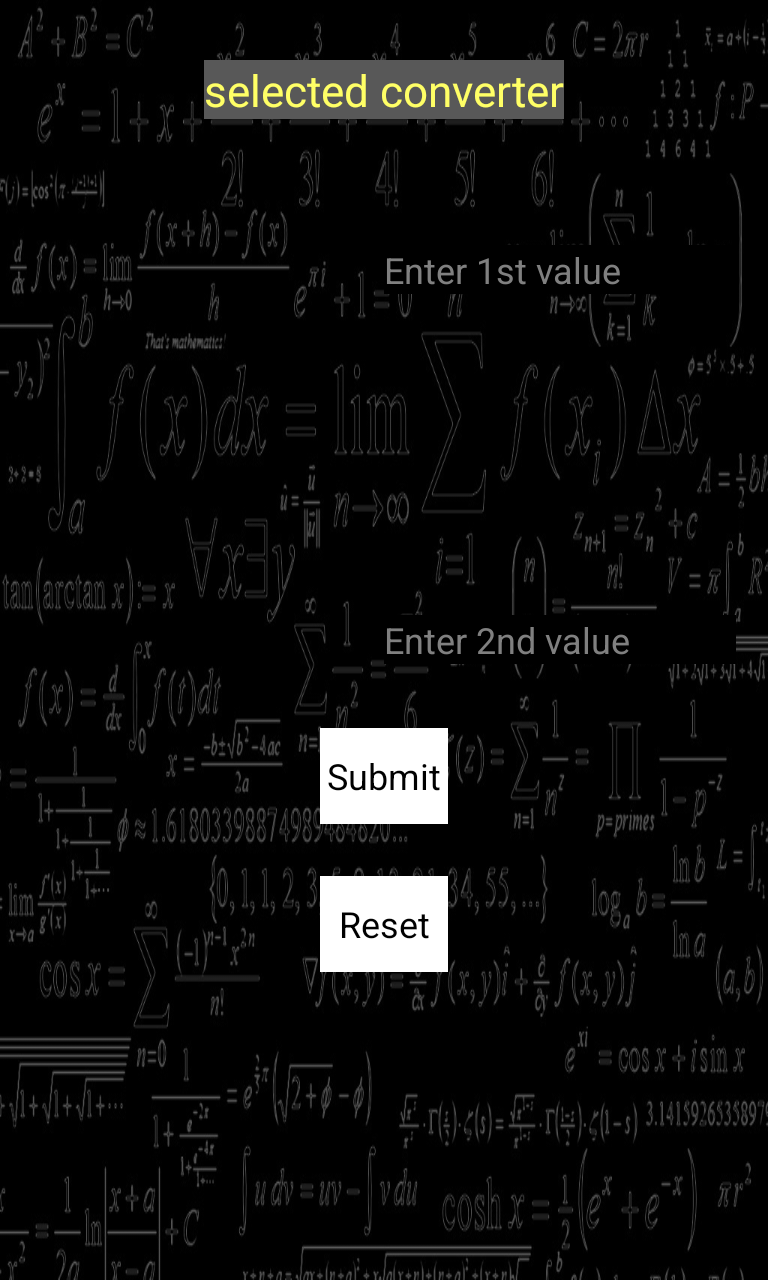
Repository: priyankaaj/practiced-apps
Layout: newProject/res/layout/activity_main.xml
An editor plug-in stored every save of this project. The layout is shown before and after the next save, followed by the edit.
It is drawn on a 768 x 1280 px phone screen (xhdpi) without system bars, with theme AppTheme; the app's code is not run.

Above is the layout before, as saved 2015-09-25 15:44:09.

### newProject/res/layout/activity_main.xml
<RelativeLayout xmlns:android="http://schemas.android.com/apk/res/android"
    xmlns:tools="http://schemas.android.com/tools"
    android:layout_width="match_parent"
    android:layout_height="match_parent"
    android:background="@drawable/maths_wallpaper"
    android:paddingBottom="@dimen/activity_vertical_margin"
    android:paddingLeft="@dimen/activity_horizontal_margin"
    android:paddingRight="@dimen/activity_horizontal_margin"
    android:paddingTop="@dimen/activity_vertical_margin"
    tools:context=".MainActivity" >

    <TextView
        android:id="@+id/selectedconverter"
        android:layout_width="wrap_content"
        android:layout_height="wrap_content"
        android:layout_alignParentTop="true"
        android:layout_centerHorizontal="true"
        android:layout_marginTop="14dp"
        android:text="selected converter"
        android:background="#585858"
        android:textColor="#FFFF66"
        android:textAppearance="?android:attr/textAppearanceLarge" />

    <Spinner
        android:id="@+id/spinnerconvertoptions"
        android:layout_width="wrap_content"
        android:layout_height="wrap_content"
        android:layout_below="@+id/selectedconverter"
        android:layout_centerHorizontal="true"
        android:background="#ffffff"
        android:textColor="#000000"
        android:layout_marginTop="19dp" />

    <EditText
        android:id="@+id/entvalue1"
        android:layout_width="wrap_content"
        android:layout_height="wrap_content"
        android:layout_alignLeft="@+id/spinnerconvertoptions"
        android:layout_below="@+id/spinnerconvertoptions"
        android:layout_marginTop="44dp"
        android:background="#000000"
        android:ems="10"
        android:hint="Enter 1st value"
        android:textColor="#ffffff" />

    <EditText
        android:id="@+id/entvalue2"
        android:layout_width="wrap_content"
        android:layout_height="wrap_content"
        android:layout_alignLeft="@+id/entvalue1"
        android:layout_centerVertical="true"
        android:background="#000000"
        android:ems="10"
        android:hint="Enter 2nd value"
        android:textColor="#ffffff" />

    <Button
        android:id="@+id/buttonsubmit"
        android:layout_width="wrap_content"
        android:layout_height="wrap_content"
        android:layout_alignLeft="@+id/buttoncancel"
        android:layout_below="@+id/entvalue2"
        android:layout_marginTop="32dp"
        android:background="#ffffff"
        android:text="Submit"
        android:textColor="#000000" />

    <Button
        android:id="@+id/buttoncancel"
        android:layout_width="wrap_content"
        android:layout_height="wrap_content"
        android:layout_below="@+id/buttonsubmit"
        android:layout_centerHorizontal="true"
        android:layout_marginTop="26dp"
        android:background="#ffffff"
        android:text="Reset"
        android:textColor="#000000" />

</RelativeLayout>

Loaded but not shown: newProject/res/values/styles.xml (common file); newProject/res/values-v11/styles.xml (common file); newProject/res/values-v14/styles.xml (common file); newProject/res/values/dimens.xml (common file)

After the next save:
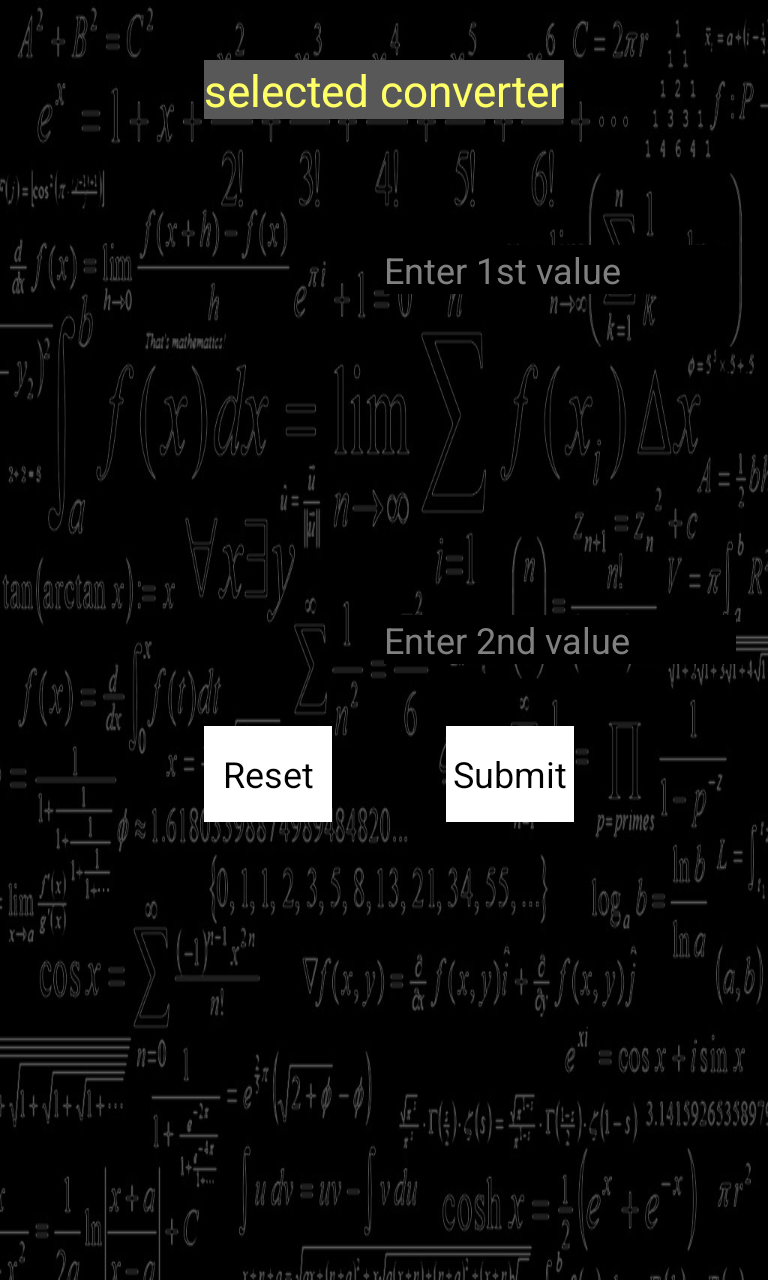
Saved 84 min 39 s later.
--- a/newProject/res/layout/activity_main.xml
+++ b/newProject/res/layout/activity_main.xml
@@ -55,25 +55,27 @@
         android:textColor="#ffffff" />
 
     <Button
+        android:id="@+id/buttoncancel"
+        android:layout_width="wrap_content"
+        android:layout_height="wrap_content"
+        android:layout_alignBaseline="@+id/buttonsubmit"
+        android:layout_alignBottom="@+id/buttonsubmit"
+        android:layout_alignRight="@+id/spinnerconvertoptions"
+        android:layout_marginRight="26dp"
+        android:background="#ffffff"
+        android:text="Reset"
+        android:textColor="#000000" />
+
+    <Button
         android:id="@+id/buttonsubmit"
         android:layout_width="wrap_content"
         android:layout_height="wrap_content"
-        android:layout_alignLeft="@+id/buttoncancel"
+        android:layout_alignLeft="@+id/entvalue2"
         android:layout_below="@+id/entvalue2"
-        android:layout_marginTop="32dp"
+        android:layout_marginLeft="31dp"
+        android:layout_marginTop="31dp"
         android:background="#ffffff"
         android:text="Submit"
         android:textColor="#000000" />
 
-    <Button
-        android:id="@+id/buttoncancel"
-        android:layout_width="wrap_content"
-        android:layout_height="wrap_content"
-        android:layout_below="@+id/buttonsubmit"
-        android:layout_centerHorizontal="true"
-        android:layout_marginTop="26dp"
-        android:background="#ffffff"
-        android:text="Reset"
-        android:textColor="#000000" />
-
 </RelativeLayout>
